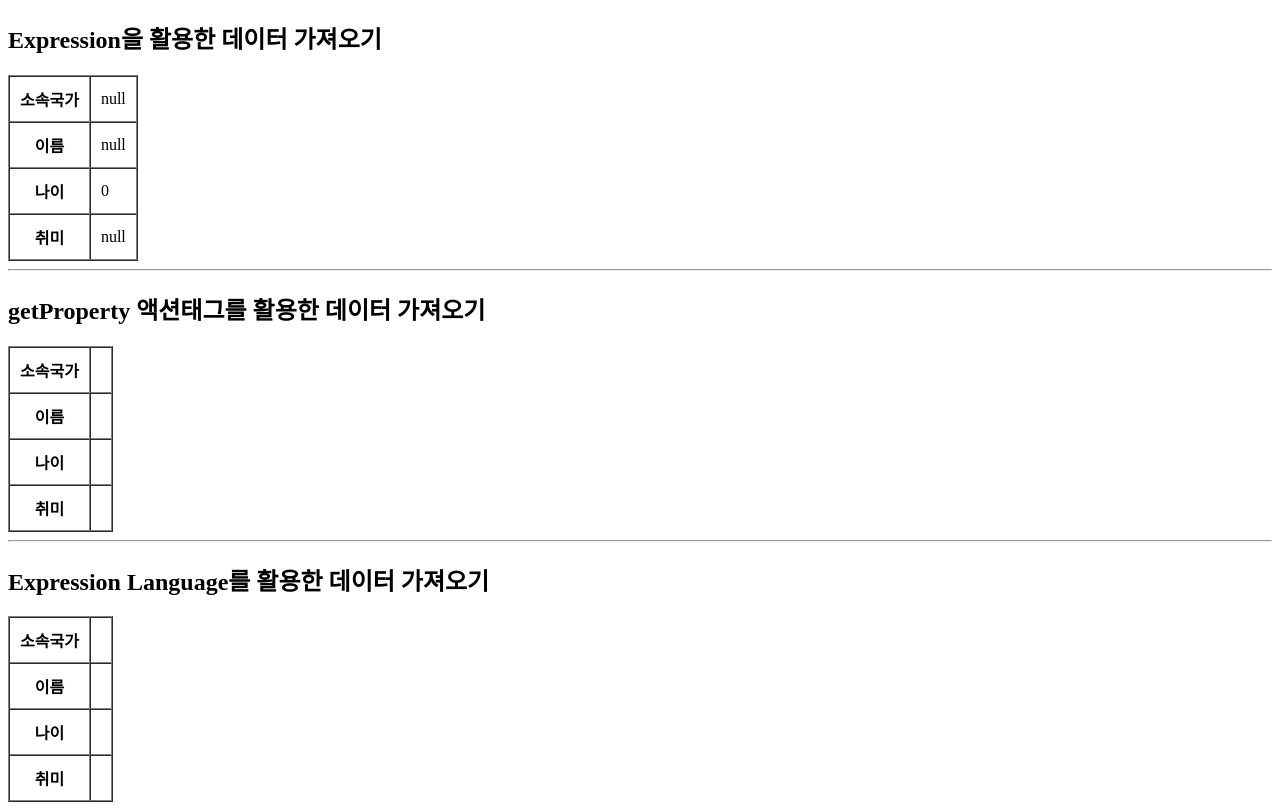
Repository: okgunyang/jsp
Page: http://localhost/practice02/08GetProperty.jsp
These files come from the project's save history. The page is drawn as it stood at one moment and after the next save; the edit follows.
The browser window is 1280 px wide. The pictures show the whole page.
The page is served by Tomcat 9. Other server files are loaded and not shown.

Above is the page before, as saved 2022-11-10 07:41:38.

### practice02/WebContent/08GetProperty.jsp
<%@ page language="java" contentType="text/html; charset=UTF-8"
    pageEncoding="UTF-8"%>
<jsp:useBean id="b" class="com.example.Human"/>
<!-- 폼으로 온 데이터를 접목시킬 인스턴스 설정 -->
<jsp:setProperty property="*" name="b"/>
<%-- <jsp:setProperty property="country" name="b" value="<%=b.getCountry() %>" />
<jsp:setProperty property="name" name="b" value="<%=b.getName() %>" />
<jsp:setProperty property="age" name="b" value="<%=b.getAge() %>" />
<jsp:setProperty property="hobby" name="b" value="<%=b.getHobby() %>" /> --%>
<!DOCTYPE html>
<html>
<head>
<meta charset="UTF-8">
<title>08GetProperty - setProperty, getProperty 액션태그</title>
</head>
<body>
<h2>Expression을 활용한 데이터 가져오기</h2>
<table class="table" border="1" cellpadding="10" cellspacing="0">
	<tr>
		<th>소속국가</th>
		<td><%=b.getCountry() %></td>
	</tr>
	<tr>
		<th>이름</th>
		<td><%=b.getName() %></td>
	</tr>
	<tr>
		<th>나이</th>
		<td><%=b.getAge() %></td>
	</tr>
	<tr>
		<th>취미</th>
		<td><%=b.getHobby() %></td>
	</tr>
</table>
<hr>
<h2>getProperty 액션태그를 활용한 데이터 가져오기</h2>
<table class="table" border="1" cellpadding="10" cellspacing="0">
	<tr>
		<th>소속국가</th>
		<td></td>
	</tr>
	<tr>
		<th>이름</th>
		<td></td>
	</tr>
	<tr>
		<th>나이</th>
		<td></td>
	</tr>
	<tr>
		<th>취미</th>
		<td></td>
	</tr>
</table>
<hr>
<h2>Expression Language를 활용한 데이터 가져오기</h2>
<table class="table" border="1" cellpadding="10" cellspacing="0">
	<tr>
		<th>소속국가</th>
		<td></td>
	</tr>
	<tr>
		<th>이름</th>
		<td></td>
	</tr>
	<tr>
		<th>나이</th>
		<td></td>
	</tr>
	<tr>
		<th>취미</th>
		<td></td>
	</tr>
</table>
</body>
</html>

### practice02/src/com/example/Human.java
package com.example;

public class Human {
	private String country;
	private String name;
	private int age;
	private String hobby;
	public String getCountry() {
		return country;
	}
	public void setCountry(String country) {
		this.country = country;
	}
	public String getName() {
		return name;
	}
	public void setName(String name) {
		this.name = name;
	}
	public int getAge() {
		return age;
	}
	public void setAge(int age) {
		this.age = age;
	}
	public String getHobby() {
		return hobby;
	}
	public void setHobby(String hobby) {
		this.hobby = hobby;
	}
}

After the next save:
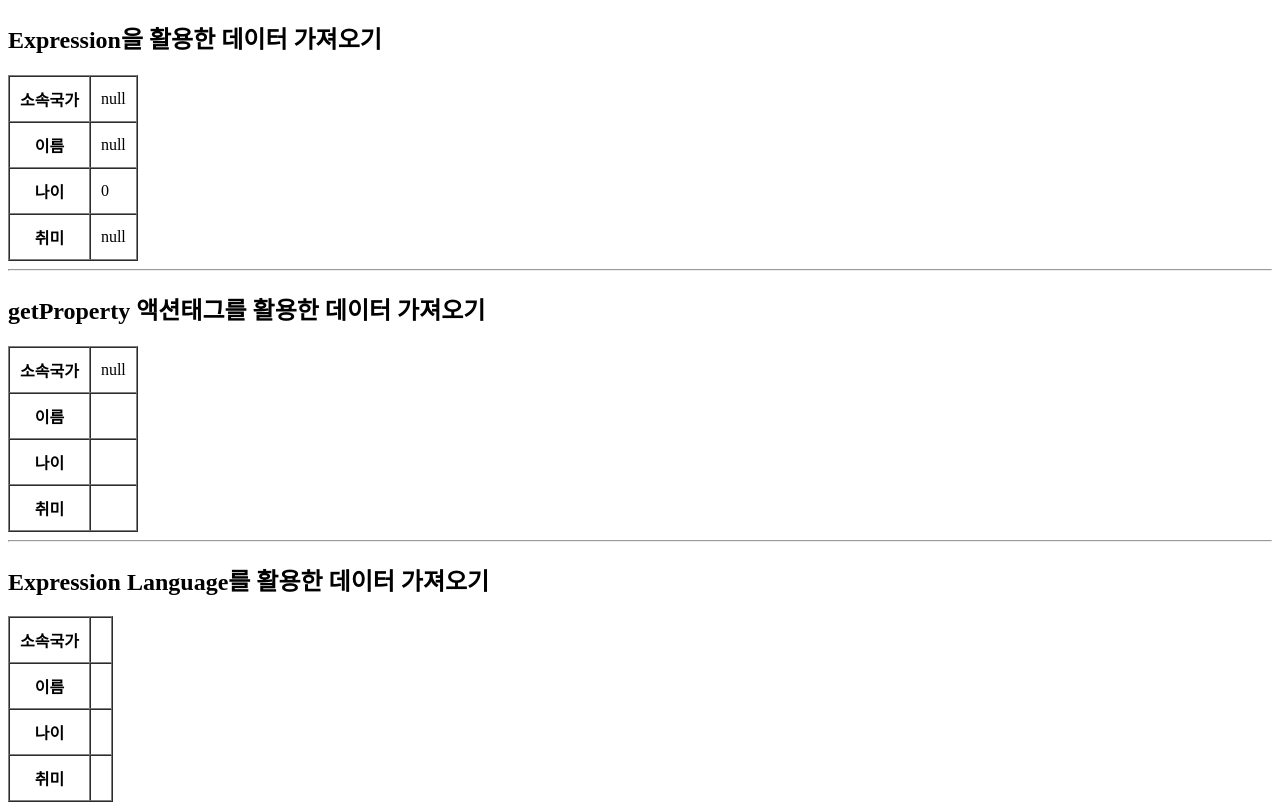
Saved 56 s later.
--- a/practice02/WebContent/08GetProperty.jsp
+++ b/practice02/WebContent/08GetProperty.jsp
@@ -38,7 +38,7 @@
 <table class="table" border="1" cellpadding="10" cellspacing="0">
 	<tr>
 		<th>소속국가</th>
-		<td></td>
+		<td><jsp:getProperty name="b" property="country" /></td>
 	</tr>
 	<tr>
 		<th>이름</th>
